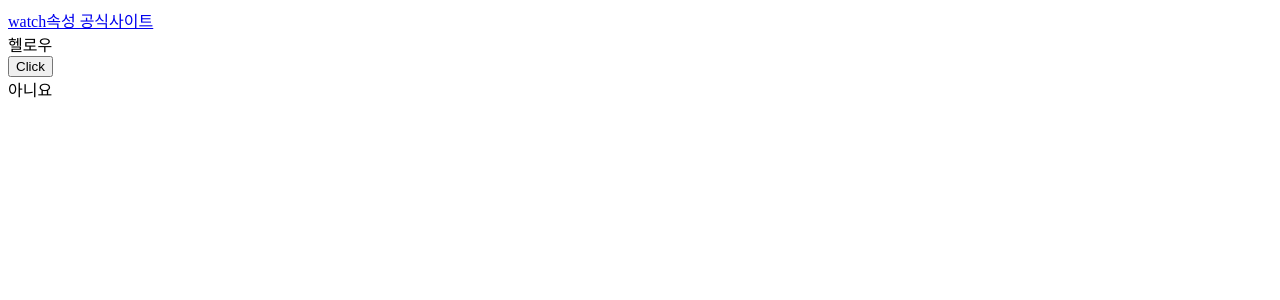
Repository: RyuGeunHwan/code_J
Page: Vuejs/22-08-10 vuejs watch 속성.html
These files come from the project's save history. The page is drawn as it stood at one moment and after the next save; the edit follows.
The browser window is 1280 px wide. The pictures show the whole page.

Above is the page before, as saved 2022-08-19 08:02:06.

After the next save:
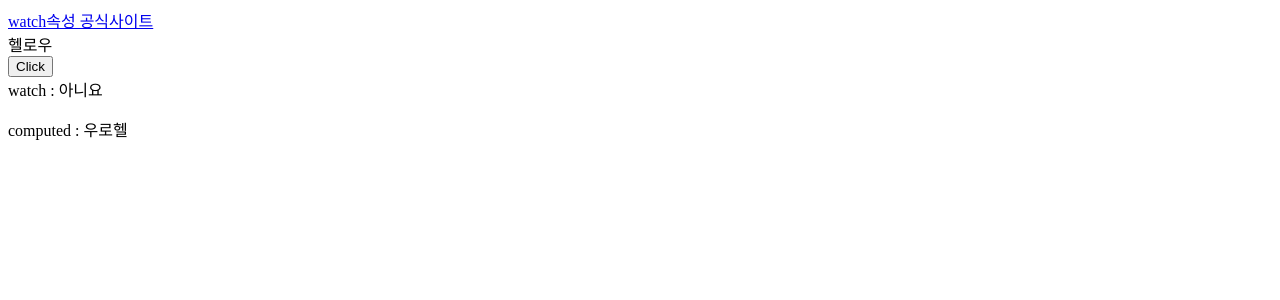
Saved 9 min 7 s later.
--- a/Vuejs/22-08-10 vuejs watch 속성.html
+++ b/Vuejs/22-08-10 vuejs watch 속성.html
@@ -12,7 +12,8 @@
     <div id="app">
         {{message}} <br>
         <button @click="changeMessage()">Click</button><br>
-        {{updated}}
+        watch : {{updated}} <br>
+        <p>computed : {{reversedMessage}}</p>
     </div>
     <script>
         new Vue({
